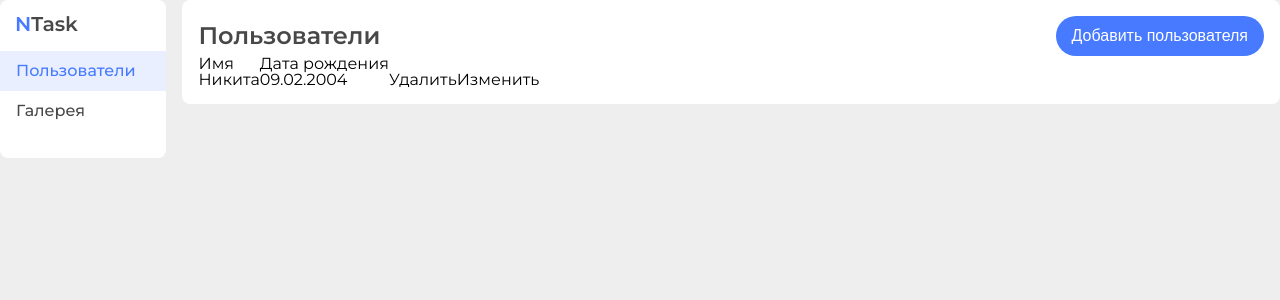
Repository: Grid-Master/NTask
Page: /
These files come from the project's save history. The page is drawn as it stood at one moment and after the next save; the edit follows.
The browser window is 1280 px wide. The pictures show the whole page.
The project was rebuilt for these pictures with package versions that can differ from the ones it lists, and the page was loaded fresh each time.

Above is the page before, as saved 2023-06-04 19:22:51.

After the next save:
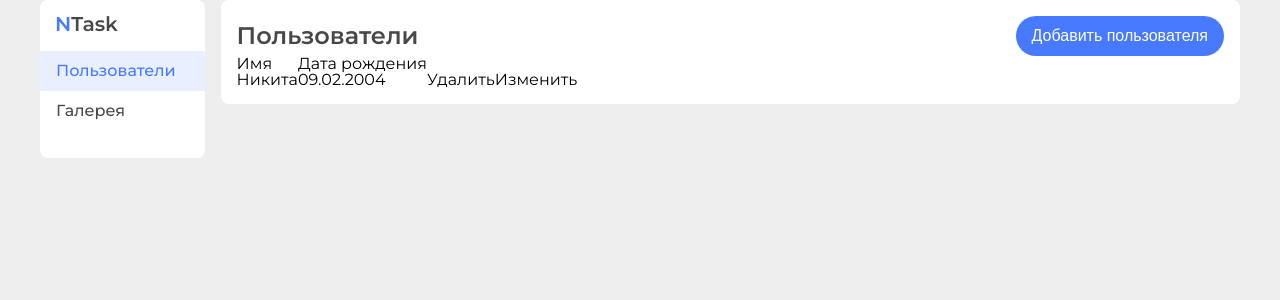
Saved 24 s later.
--- a/src/index.css
+++ b/src/index.css
@@ -45,11 +45,12 @@ body {
   margin: 0;
   font-family: Montserrat;
   background: #EEEEEE;
+  max-width: 1200px;
+  margin: 0 auto;
+
 }
 
 code {
   font-family: source-code-pro, Menlo, Monaco, Consolas, 'Courier New',
     monospace;
-    max-width: 1200px;
-    margin: 0 auto;
 }
